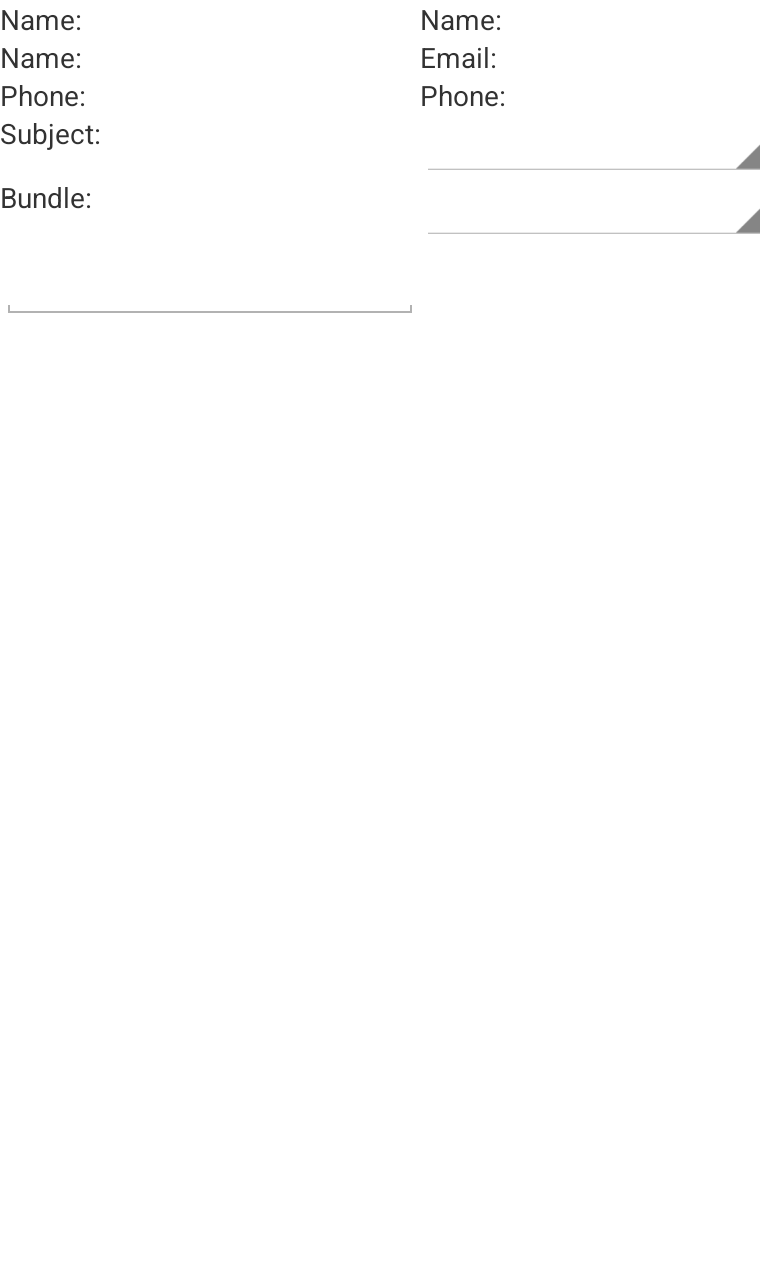
Repository: Pradeep-appstute/First
Layout: Control/res/layout/fragment_submit.xml
These files come from the project's save history. The layout is drawn as it stood at one moment and after the next save; the edit follows.
It is drawn on a 768 x 1280 px phone screen (xhdpi) without system bars, with theme AppTheme; the app's code is not run.

Above is the layout before, as saved 2014-02-24 11:24:22.

After the next save:
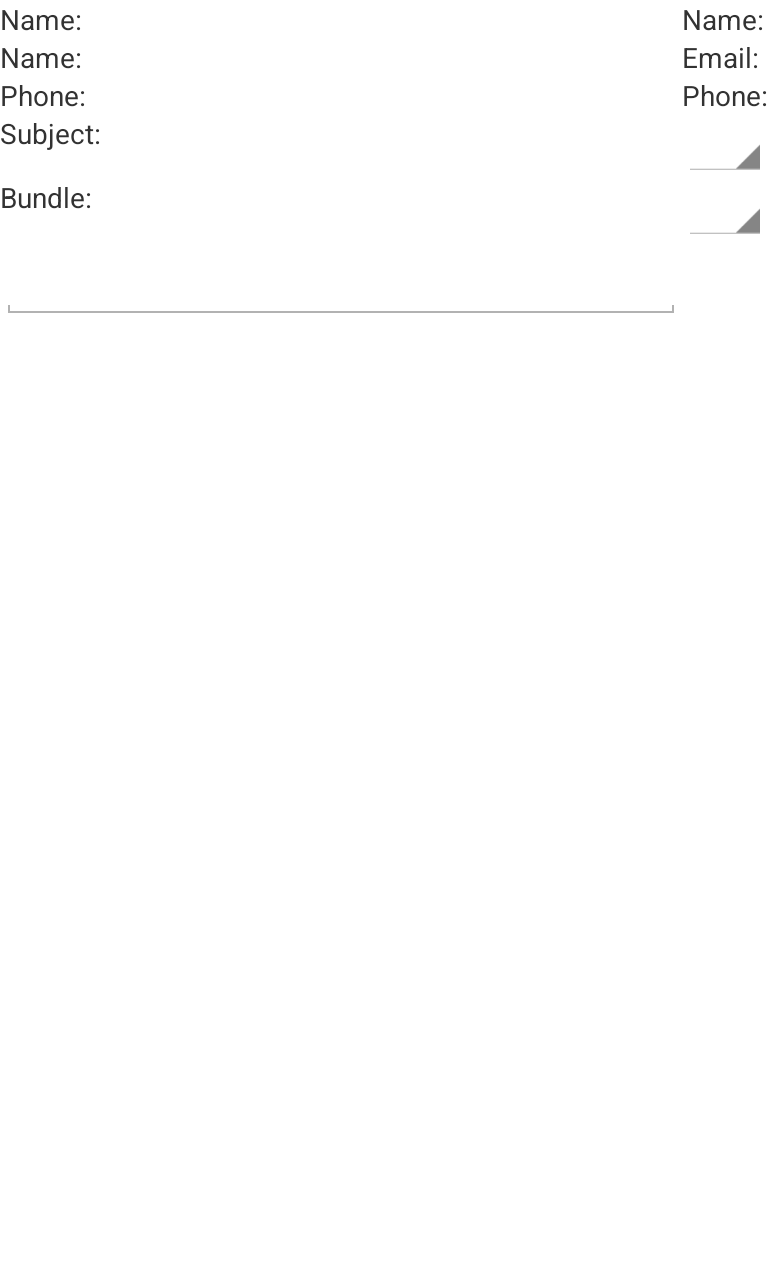
Saved 6 s later.
--- a/Control/res/layout/fragment_submit.xml
+++ b/Control/res/layout/fragment_submit.xml
@@ -2,7 +2,7 @@
 <TableLayout xmlns:android="http://schemas.android.com/apk/res/android"
     android:layout_width="match_parent"
     android:layout_height="match_parent"
-    android:stretchColumns="1" >
+    android:stretchColumns="0" >
 
     <TableRow>
 
